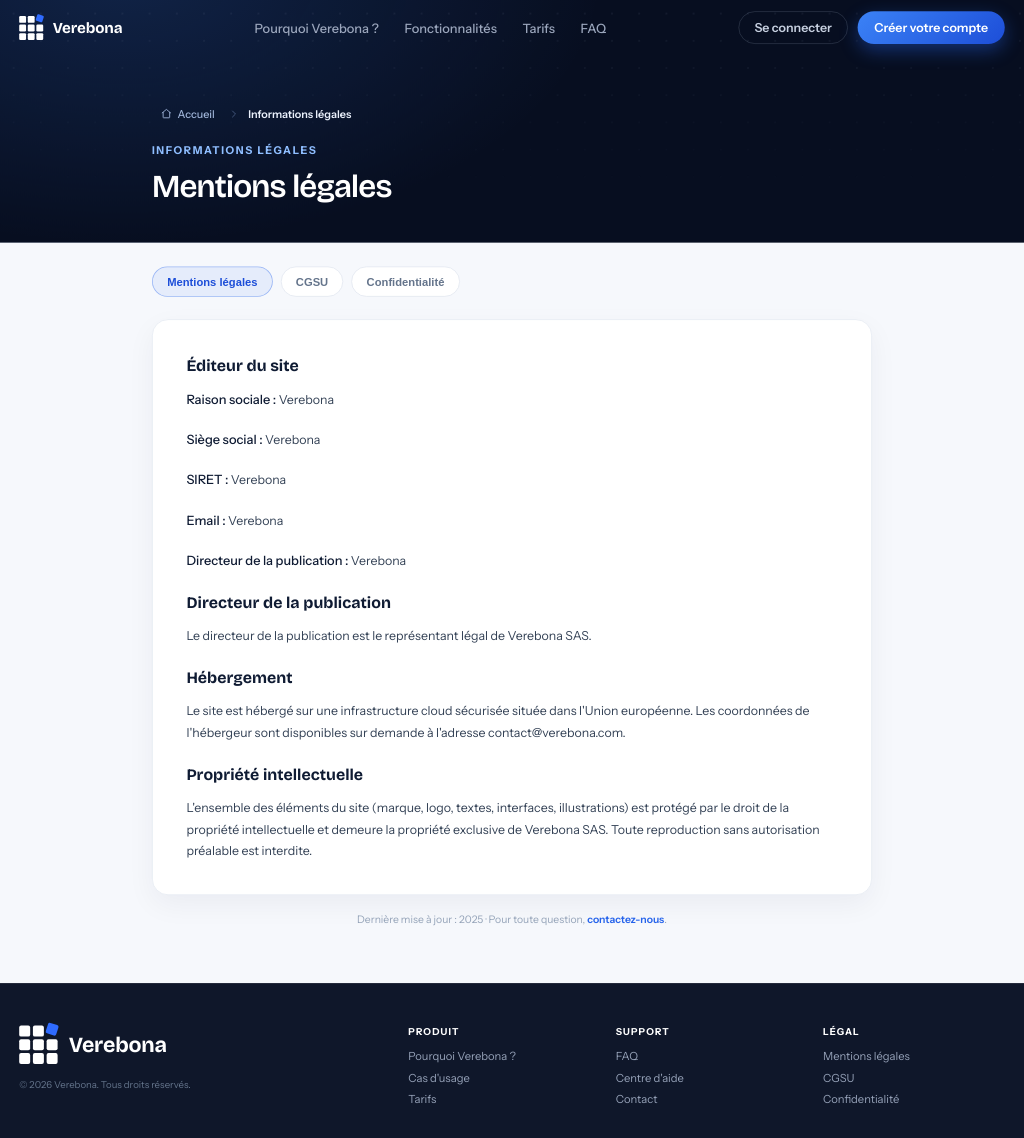
Repository: AdminVerebona/verebona-public
Page: /mentions-legales
These files come from the project's save history. The page is drawn as it stood at one moment and after the next save; the edit follows.
The browser window is 1280 px wide. The pictures show the whole page, at 80% of full size.
The project was rebuilt for these pictures with package versions that can differ from the ones it lists, and the page was loaded fresh each time. Also part of the build but not shown: next.config.mjs, vite.config.js, vite.config.ts, src/composables/useLanding.ts, src/sections/HeroSection.vue, src/sections/WhySection.vue, src/sections/UseCasesSection.vue, src/sections/FeaturesSection.vue and 6 more.

Above is the page before, as saved 2026-07-10 15:08:32.

### index.html
<!doctype html>
<html lang="fr">
  <head>
    <meta charset="UTF-8" />
    <meta name="viewport" content="width=device-width, initial-scale=1.0" />
    <title>Verebona — Centralisez, organisez, valorisez vos biens</title>
    <meta
      name="description"
      content="Verebona centralise vos biens, documents et échéances pour les retrouver facilement, anticiper les dates importantes et valoriser vos biens le moment venu."
    />
  </head>
  <body>
    <div id="app"></div>
    <script type="module" src="/src/main.ts"></script>
  </body>
</html>

### src/main.ts
import { createApp } from 'vue'
import App from './App.vue'
import router from './router'
import { vHover } from './directives/hover'
import './style.css'

createApp(App)
  .use(router)
  .directive('hover', vHover)
  .mount('#app')

### src/App.vue
<template>
  <div style="background:#070E20;color:#EAF0FB;overflow-x:hidden;min-height:100vh">
    <AppHeader />
    <router-view />
    <AppFooter />
  </div>
</template>

<script setup lang="ts">
import { onMounted, watch, nextTick } from 'vue'
import { useRoute } from 'vue-router'
import AppHeader from './components/AppHeader.vue'
import AppFooter from './components/AppFooter.vue'
import { useScrollReveal } from './composables/useScrollReveal'

const route = useRoute()
const { scan } = useScrollReveal()

onMounted(() => { scan() })

// Re-scan reveal targets whenever the route (page) changes.
watch(
  () => route.fullPath,
  () => { nextTick(() => setTimeout(scan, 60)) },
)
</script>

### src/router/index.ts
import { createRouter, createWebHistory } from 'vue-router'
import HomeView from '../views/HomeView.vue'

const routes = [
  { path: '/', name: 'home', component: HomeView },
  { path: '/aide', name: 'help', component: () => import('../views/HelpView.vue') },
  { path: '/contact', name: 'contact', component: () => import('../views/ContactView.vue') },
  { path: '/mentions-legales', name: 'legal-mentions', component: () => import('../views/LegalView.vue') },
  { path: '/cgu', name: 'legal-cgu', component: () => import('../views/LegalView.vue') },
  { path: '/confidentialite', name: 'legal-confid', component: () => import('../views/LegalView.vue') },
  { path: '/:pathMatch(.*)*', name: 'not-found', component: () => import('../views/NotFoundView.vue') },
]

const router = createRouter({
  history: createWebHistory(),
  routes,
  scrollBehavior(to) {
    if (to.hash) return { el: to.hash, behavior: 'smooth' }
    return { top: 0 }
  },
})

export default router

### src/directives/hover.ts
import type { Directive } from 'vue'

/**
 * v-hover — applies a set of inline styles while the pointer is over the
 * element, and restores the previous values on leave. Reproduces the
 * `style-hover` behaviour of the design prototype.
 *
 * Usage:  <a v-hover="{ color: '#fff', transform: 'translateY(-1px)' }">
 */
type HoverStyles = Record<string, string>

interface HoverEl extends HTMLElement {
  __hoverEnter?: () => void
  __hoverLeave?: () => void
}

export const vHover: Directive<HoverEl, HoverStyles> = {
  mounted(el, binding) {
    const styles = binding.value || {}
    const original: HoverStyles = {}

    const enter = () => {
      for (const key in styles) {
        original[key] = (el.style as any)[key]
        ;(el.style as any)[key] = styles[key]
      }
    }
    const leave = () => {
      for (const key in styles) {
        ;(el.style as any)[key] = original[key] || ''
      }
    }

    el.__hoverEnter = enter
    el.__hoverLeave = leave
    el.addEventListener('mouseenter', enter)
    el.addEventListener('mouseleave', leave)
  },
  unmounted(el) {
    if (el.__hoverEnter) el.removeEventListener('mouseenter', el.__hoverEnter)
    if (el.__hoverLeave) el.removeEventListener('mouseleave', el.__hoverLeave)
  },
}

### src/style.css
/* ============================================================
   Verebona — global styles
   Fonts, resets, scroll-reveal animation, responsive rules.
   All component-level styling is inline in the .vue templates
   (ported 1:1 from the validated design prototype).
   ============================================================ */

@import url('https://fonts.googleapis.com/css2?family=Bricolage+Grotesque:opsz,wght@12..96,400;12..96,500;12..96,600;12..96,700&family=Instrument+Sans:wght@400;500;600;700&family=Space+Mono:wght@400;700&display=swap');

* { box-sizing: border-box; }
html, body { margin: 0; padding: 0; }
body {
  font-family: 'Instrument Sans', system-ui, sans-serif;
  -webkit-font-smoothing: antialiased;
  background: #070E20;
}
h1, h2, h3, h4 { font-family: 'Bricolage Grotesque', sans-serif; margin: 0; }
p { margin: 0; }
a { text-decoration: none; color: inherit; }
a:hover { color: inherit; }

@keyframes vb-float { 0%, 100% { transform: translateY(0); } 50% { transform: translateY(-14px); } }
@keyframes vb-float-s { 0%, 100% { transform: translateY(0); } 50% { transform: translateY(-9px); } }
@keyframes vb-marquee { 0% { transform: translateX(0); } 100% { transform: translateX(-50%); } }

section[id] { scroll-margin-top: 82px; }

/* Scroll reveal */
.vb-reveal,
.vb-rgroup > * {
  transition: opacity .8s cubic-bezier(.16, 1, .3, 1), transform .8s cubic-bezier(.16, 1, .3, 1);
  will-change: opacity, transform;
}
.vb-anim .vb-reveal,
.vb-anim .vb-rgroup > * { opacity: 0; transform: translateY(40px) scale(.985); }
.vb-reveal.vb-in,
.vb-rgroup > .vb-in { opacity: 1 !important; transform: none !important; }
@media (prefers-reduced-motion: reduce) {
  .vb-reveal,
  .vb-rgroup > * { opacity: 1 !important; transform: none !important; transition: none !important; }
}

/* Responsive */
.r-burger, .r-mobile-menu { display: none; }
@media (max-width: 860px) {
  h1 { font-size: 37px !important; line-height: 1.08 !important; }
  h2 { font-size: 26px !important; line-height: 1.22 !important; }
  .r-nav, .r-hide-m, .r-dots, .r-browser { display: none !important; }
  .r-burger { display: inline-flex !important; }
  .r-mobile-menu { display: flex !important; }
  .r-hero, .r-2, .r-2b, .r-3, .r-4, .r-cta { grid-template-columns: 1fr !important; }
  .r-contact { grid-template-columns: 1fr !important; }
  .r-footer { grid-template-columns: 1fr 1fr !important; gap: 24px !important; }
  .r-mock { flex-direction: column !important; align-items: center !important; gap: 0 !important; }
  .r-uc { flex-direction: column !important; }
  .r-uc-panel { min-width: 0 !important; padding: 22px 20px !important; }
  .r-2 { grid-template-columns: 1fr !important; }
  .r-tri { grid-template-columns: 1fr !important; }
}

### src/composables/useScrollReveal.ts
/**
 * Scroll-reveal: adds `.vb-in` to `.vb-reveal` / `.vb-rgroup` elements as they
 * enter the viewport (staggering the children of a group). Ported from the
 * prototype's IntersectionObserver logic. Honours prefers-reduced-motion and
 * has a safety timeout so content is never left hidden.
 */
let io: IntersectionObserver | null = null

const reduce =
  typeof window !== 'undefined' &&
  !!window.matchMedia &&
  window.matchMedia('(prefers-reduced-motion: reduce)').matches

if (!reduce && typeof document !== 'undefined') {
  document.documentElement.classList.add('vb-anim')
}

function revealAll() {
  document.querySelectorAll('.vb-reveal').forEach((e) => e.classList.add('vb-in'))
  document.querySelectorAll('.vb-rgroup > *').forEach((e) => e.classList.add('vb-in'))
}

function ensureObserver() {
  if (io || reduce || typeof window === 'undefined' || !('IntersectionObserver' in window)) return
  io = new IntersectionObserver(
    (entries) => {
      entries.forEach((entry) => {
        if (!entry.isIntersecting) return
        const el = entry.target as HTMLElement
        io!.unobserve(el)
        if (el.classList.contains('vb-rgroup')) {
          Array.from(el.children).forEach((c, i) => {
            ;(c as HTMLElement).style.transitionDelay = i * 90 + 'ms'
            c.classList.add('vb-in')
          })
        } else {
          el.classList.add('vb-in')
        }
      })
    },
    { threshold: 0.12, rootMargin: '0px 0px -8% 0px' },
  )
}

export function useScrollReveal() {
  function scan() {
    if (reduce || typeof window === 'undefined' || !('IntersectionObserver' in window)) {
      revealAll()
      return
    }
    ensureObserver()
    document.querySelectorAll('.vb-reveal, .vb-rgroup').forEach((el) => io!.observe(el))
    // Safety net: never leave content hidden.
    window.setTimeout(revealAll, 2200)
  }
  return { scan }
}

### src/views/LegalView.vue
<template>
<section style="position:relative;padding:128px 24px 48px;overflow:hidden;background:radial-gradient(1000px 560px at 12% -10%,rgba(59,130,246,.18),transparent 60%),#070E20">
  <div style="position:absolute;inset:0;background-image:radial-gradient(rgba(148,163,184,.09) 1px,transparent 1px);background-size:34px 34px;-webkit-mask-image:linear-gradient(to bottom,#000,transparent 85%);mask-image:linear-gradient(to bottom,#000,transparent 85%);pointer-events:none"></div>
  <div style="max-width:900px;margin:0 auto;position:relative">
    <nav aria-label="Fil d'Ariane" style="margin-bottom:24px"><ol style="display:flex;align-items:center;gap:6px;list-style:none;margin:0;padding:0;font-size:13.5px"><li style="display:flex;align-items:center"><a href="#" @click.prevent="goHome" style="display:inline-flex;align-items:center;gap:7px;color:#9FB4D8;font-weight:500;padding:6px 11px;border-radius:9px;cursor:pointer;transition:color .15s,background .15s" v-hover="{color:'#fff',background:'rgba(255,255,255,.06)'}"><svg width="14" height="14" viewBox="0 0 24 24" fill="none" stroke="currentColor" stroke-width="1.9" stroke-linecap="round" stroke-linejoin="round"><path d="M3 10.5 12 3l9 7.5"/><path d="M5 9.5V20a1 1 0 0 0 1 1h12a1 1 0 0 0 1-1V9.5"/></svg>Accueil</a></li><li aria-hidden="true" style="display:flex;color:#42557A"><svg width="15" height="15" viewBox="0 0 24 24" fill="none" stroke="currentColor" stroke-width="2" stroke-linecap="round" stroke-linejoin="round"><path d="M9 6l6 6-6 6"/></svg></li><li aria-current="page" style="color:#EAF0FB;font-weight:600;padding:6px 4px">{{ crumbLabel }}</li></ol></nav>
    <div style="font-size:13.5px;letter-spacing:.15em;text-transform:uppercase;font-weight:800;color:#8FBEFF;margin-bottom:16px">Informations légales</div>
    <h1 style="font-size:40px;line-height:1.08;font-weight:600;letter-spacing:-.025em;color:#fff">{{ legalTitle }}</h1>
  </div>
</section>
<section style="background:#F6F8FC;padding:30px 24px 72px">
  <div style="max-width:900px;margin:0 auto">
    <div style="display:flex;flex-wrap:wrap;gap:10px;margin-bottom:28px">
      <button type="button" :style="legalMentionsStyle" @click.prevent="goMentions">Mentions légales</button>
      <button type="button" :style="legalCGUStyle" @click.prevent="goCGU">CGSU</button>
      <button type="button" :style="legalConfidStyle" @click.prevent="goConfid">Confidentialité</button>
    </div>
    <div style="background:#fff;border:1px solid #E6EBF3;border-radius:20px;padding:40px 42px;box-shadow:0 12px 34px rgba(15,27,51,.05)">
      <template v-if="isMentions">
        <div style="font-size:15.5px;line-height:1.75;color:#334155">
          <h2 style="font-size:20px;font-weight:700;color:#0F1B33;font-family:'Bricolage Grotesque',sans-serif;margin:0 0 10px">Éditeur du site</h2>
          <p style="margin:0 0 22px"><span style="font-size:16px;font-weight:500;color:#0F1B33">Raison sociale :</span> Verebona</p>
          <p style="margin:0 0 22px"><span style="font-size:16px;font-weight:500;color:#0F1B33">Siège social :</span> Verebona</p>
          <p style="margin:0 0 22px"><span style="font-size:16px;font-weight:500;color:#0F1B33">SIRET :</span> Verebona</p>
          <p style="margin:0 0 22px"><span style="font-size:16px;font-weight:500;color:#0F1B33">Email :</span> Verebona</p>
          <p style="margin:0 0 22px"><span style="font-size:16px;font-weight:500;color:#0F1B33">Directeur de la publication :</span> Verebona</p>
          <h2 style="font-size:20px;font-weight:700;color:#0F1B33;font-family:'Bricolage Grotesque',sans-serif;margin:0 0 10px">Directeur de la publication</h2>
          <p style="margin:0 0 22px">Le directeur de la publication est le représentant légal de Verebona SAS.</p>
          <h2 style="font-size:20px;font-weight:700;color:#0F1B33;font-family:'Bricolage Grotesque',sans-serif;margin:0 0 10px">Hébergement</h2>
          <p style="margin:0 0 22px">Le site est hébergé sur une infrastructure cloud sécurisée située dans l'Union européenne. Les coordonnées de l'hébergeur sont disponibles sur demande à l'adresse contact@verebona.com.</p>
          <h2 style="font-size:20px;font-weight:700;color:#0F1B33;font-family:'Bricolage Grotesque',sans-serif;margin:0 0 10px">Propriété intellectuelle</h2>
          <p style="margin:0">L'ensemble des éléments du site (marque, logo, textes, interfaces, illustrations) est protégé par le droit de la propriété intellectuelle et demeure la propriété exclusive de Verebona SAS. Toute reproduction sans autorisation préalable est interdite.</p>
        </div>
      </template>
      <template v-if="isCGU">
        <div style="font-size:15.5px;line-height:1.75;color:#334155">
          <h2 style="font-size:20px;font-weight:700;color:#0F1B33;font-family:'Bricolage Grotesque',sans-serif;margin:0 0 10px">1. Objet</h2>
          <p style="margin:0 0 22px">Les présentes conditions générales de service et d'utilisation (CGSU) définissent les modalités d'accès et d'utilisation de la plateforme Verebona, service de centralisation et d'organisation documentaire du patrimoine.</p>
          <h2 style="font-size:20px;font-weight:700;color:#0F1B33;font-family:'Bricolage Grotesque',sans-serif;margin:0 0 10px">2. Compte et abonnement</h2>
          <p style="margin:0 0 22px">L'accès au service nécessite la création d'un compte et la souscription d'une offre. L'utilisateur s'engage à fournir des informations exactes et à préserver la confidentialité de ses identifiants.</p>
          <h2 style="font-size:20px;font-weight:700;color:#0F1B33;font-family:'Bricolage Grotesque',sans-serif;margin:0 0 10px">3. Nature du service</h2>
          <p style="margin:0 0 22px">Verebona est une plateforme d'organisation. Les documents importés ne sont ni certifiés, ni validés, ni garantis juridiquement. L'utilisateur reste seul responsable de l'exactitude des informations qu'il enregistre.</p>
          <h2 style="font-size:20px;font-weight:700;color:#0F1B33;font-family:'Bricolage Grotesque',sans-serif;margin:0 0 10px">4. Responsabilités</h2>
          <p style="margin:0 0 22px">Verebona met en œuvre les moyens raisonnables pour assurer la disponibilité et la sécurité du service, sans obligation de résultat concernant une disponibilité ininterrompue.</p>
          <h2 style="font-size:20px;font-weight:700;color:#0F1B33;font-family:'Bricolage Grotesque',sans-serif;margin:0 0 10px">5. Résiliation</h2>
          <p style="margin:0">L'utilisateur peut résilier son abonnement à tout moment. Des modalités de récupération des données sont prévues afin d'éviter tout verrouillage à la fin du contrat.</p>
        </div>
      </template>
      <template v-if="isConfid">
        <div style="font-size:15.5px;line-height:1.75;color:#334155">
          <h2 style="font-size:20px;font-weight:700;color:#0F1B33;font-family:'Bricolage Grotesque',sans-serif;margin:0 0 10px">Données collectées</h2>
          <p style="margin:0 0 22px">Verebona collecte les données nécessaires au fonctionnement du service : informations de compte, contenus importés (fiches de biens, documents) et données d'usage strictement utiles à l'amélioration du service.</p>
          <h2 style="font-size:20px;font-weight:700;color:#0F1B33;font-family:'Bricolage Grotesque',sans-serif;margin:0 0 10px">Finalités</h2>
          <p style="margin:0 0 22px">Les données sont traitées pour fournir le service, assurer la sécurité, et répondre aux obligations légales. Elles ne sont jamais cédées à des tiers à des fins commerciales.</p>
          <h2 style="font-size:20px;font-weight:700;color:#0F1B33;font-family:'Bricolage Grotesque',sans-serif;margin:0 0 10px">Sécurité</h2>
          <p style="margin:0 0 22px">Vos données sont chiffrées lors du stockage et des échanges, et hébergées sur une infrastructure sécurisée au sein de l'Union européenne.</p>
          <h2 style="font-size:20px;font-weight:700;color:#0F1B33;font-family:'Bricolage Grotesque',sans-serif;margin:0 0 10px">Vos droits</h2>
          <p style="margin:0">Conformément au RGPD, vous disposez d'un droit d'accès, de rectification, de portabilité et de suppression de vos données. Pour exercer ces droits, écrivez à contact@verebona.com.</p>
        </div>
      </template>
    </div>
    <p style="font-size:13px;color:#94A3B8;margin-top:22px;text-align:center">Dernière mise à jour : 2025 · Pour toute question, <a href="#" @click.prevent="goContact" style="color:#2563EB;font-weight:600">contactez-nous</a>.</p>
  </div>
</section>
</template>

<script setup lang="ts">
import { useLegal } from '../composables/useLegal'
import { useNav } from '../composables/useNav'
const { isMentions, isCGU, isConfid, legalTitle, legalMentionsStyle, legalCGUStyle, legalConfidStyle, crumbLabel } = useLegal()
const { goHome, goContact, goMentions, goCGU, goConfid } = useNav()
</script>

### src/composables/useNav.ts
import { ref, computed, nextTick } from 'vue'
import { useRouter, useRoute } from 'vue-router'

// Shared across header + footer + mobile menu.
const menuOpen = ref(false)

/**
 * useNav — header/footer navigation. Page links use vue-router; the four
 * in-page section links (Pourquoi / Fonctionnalités / Tarifs / FAQ) route to
 * home first if needed, then smooth-scroll to the anchor.
 */
export function useNav() {
  const router = useRouter()
  const route = useRoute()

  const toggleMenu = () => { menuOpen.value = !menuOpen.value }
  const closeMenu = () => { menuOpen.value = false }

  function scrollToId(id: string) {
    const el = document.getElementById(id)
    if (el && el.scrollIntoView) {
      try { el.scrollIntoView({ behavior: 'smooth', block: 'start' }) } catch { /* noop */ }
    }
  }
  function goToAnchor(id: string) {
    closeMenu()
    if (route.path !== '/') {
      router.push('/').then(() => nextTick(() => setTimeout(() => scrollToId(id), 80)))
    } else {
      scrollToId(id)
    }
  }

  const goHome = () => { closeMenu(); router.push('/') }
  const goAide = () => { closeMenu(); router.push('/aide') }
  const goContact = () => { closeMenu(); router.push('/contact') }
  const goMentions = () => { closeMenu(); router.push('/mentions-legales') }
  const goCGU = () => { closeMenu(); router.push('/cgu') }
  const goConfid = () => { closeMenu(); router.push('/confidentialite') }

  const navPourquoi = () => goToAnchor('pourquoi')
  const navFeatures = () => goToAnchor('features')
  const navPricing = () => goToAnchor('pricing')
  const navFaq = () => goToAnchor('faq')
  const navCasUsage = () => goToAnchor('cas-usage')

  const burgerBase = 'display:block;width:20px;height:2px;border-radius:2px;background:#fff;transition:transform .25s,opacity .25s;'
  const burgerTop = computed(() => burgerBase + 'transform:' + (menuOpen.value ? 'translateY(6px) rotate(45deg)' : 'none'))
  const burgerMid = computed(() => burgerBase + 'opacity:' + (menuOpen.value ? '0' : '1'))
  const burgerBot = computed(() => burgerBase + 'transform:' + (menuOpen.value ? 'translateY(-6px) rotate(-45deg)' : 'none'))

  return {
    menuOpen, toggleMenu, closeMenu,
    goHome, goAide, goContact, goMentions, goCGU, goConfid,
    navPourquoi, navFeatures, navPricing, navFaq, navCasUsage,
    burgerTop, burgerMid, burgerBot,
  }
}

### src/composables/useLegal.ts
import { computed } from 'vue'
import { useRoute } from 'vue-router'

/**
 * Legal page — a single view with three tabs (mentions / cgu / confid),
 * each mapped to its own route so they are independently linkable & indexable:
 *   /mentions-legales   /cgu   /confidentialite
 */
export function useLegal() {
  const route = useRoute()

  const tab = computed<'mentions' | 'cgu' | 'confid'>(() => {
    if (route.path.includes('cgu')) return 'cgu'
    if (route.path.includes('confidentialite')) return 'confid'
    return 'mentions'
  })

  const isMentions = computed(() => tab.value === 'mentions')
  const isCGU = computed(() => tab.value === 'cgu')
  const isConfid = computed(() => tab.value === 'confid')

  const legalTitle = computed(() =>
    tab.value === 'cgu'
      ? "Conditions générales de service et d'utilisation"
      : tab.value === 'confid'
        ? 'Politique de confidentialité'
        : 'Mentions légales',
  )

  const tabStyle = (a: boolean) =>
    `padding:10px 18px;border-radius:999px;font-size:14px;font-weight:600;cursor:pointer;border:1px solid ${a ? 'rgba(37,99,235,.4)' : '#E2E8F0'};background:${a ? 'rgba(37,99,235,.08)' : '#fff'};color:${a ? '#1D4ED8' : '#64748B'};transition:all .15s`

  const legalMentionsStyle = computed(() => tabStyle(isMentions.value))
  const legalCGUStyle = computed(() => tabStyle(isCGU.value))
  const legalConfidStyle = computed(() => tabStyle(isConfid.value))

  return {
    isMentions, isCGU, isConfid, legalTitle,
    legalMentionsStyle, legalCGUStyle, legalConfidStyle,
    crumbLabel: 'Informations légales',
  }
}

Loaded but not shown: src/components/AppHeader.vue (68 lines, source omitted); src/components/AppFooter.vue (21 lines, source omitted)

After the next save:
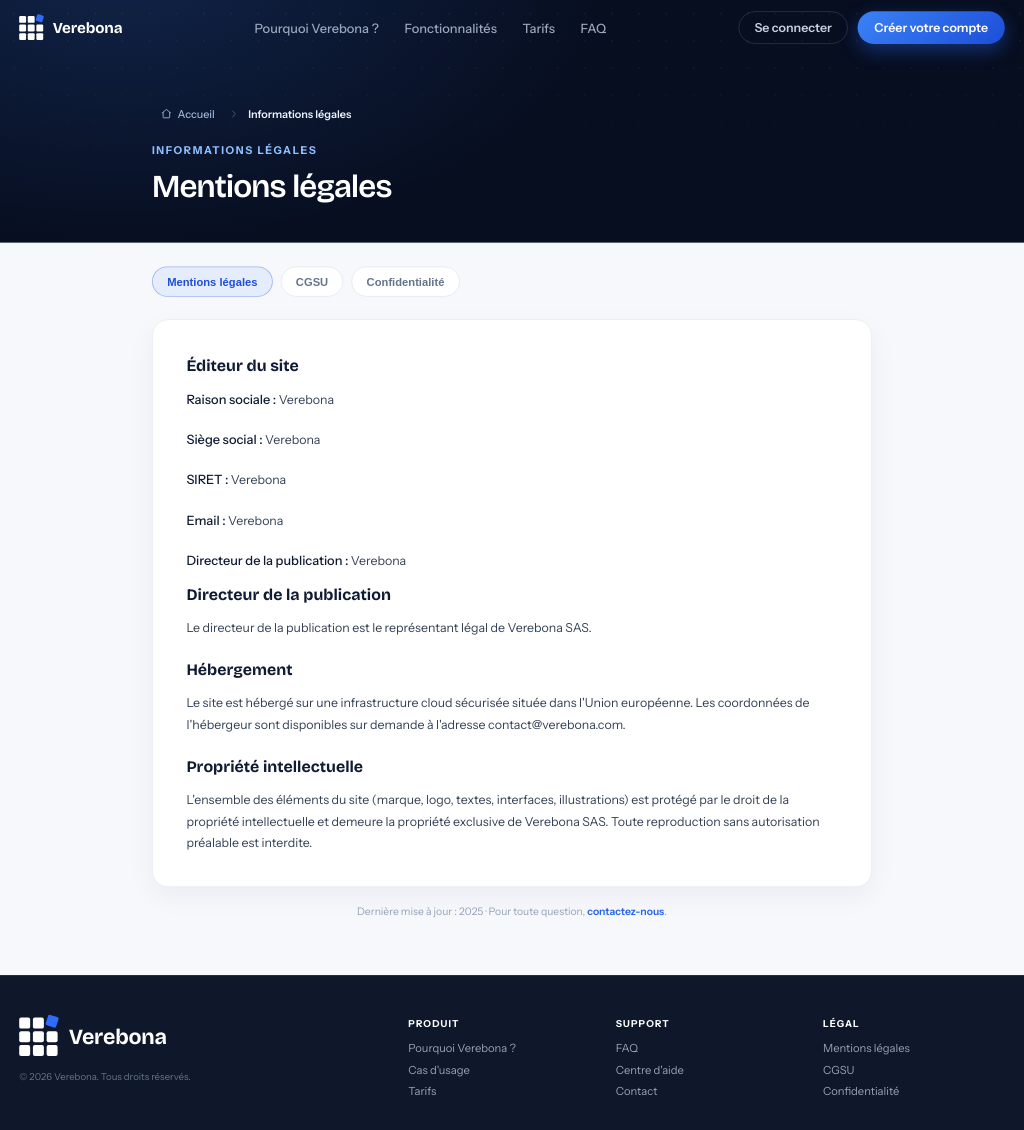
Saved 8 s later.
--- a/src/views/LegalView.vue
+++ b/src/views/LegalView.vue
@@ -22,7 +22,7 @@
           <p style="margin:0 0 22px"><span style="font-size:16px;font-weight:500;color:#0F1B33">Siège social :</span> Verebona</p>
           <p style="margin:0 0 22px"><span style="font-size:16px;font-weight:500;color:#0F1B33">SIRET :</span> Verebona</p>
           <p style="margin:0 0 22px"><span style="font-size:16px;font-weight:500;color:#0F1B33">Email :</span> Verebona</p>
-          <p style="margin:0 0 22px"><span style="font-size:16px;font-weight:500;color:#0F1B33">Directeur de la publication :</span> Verebona</p>
+          <p style="margin:0 0 12px"><span style="font-size:16px;font-weight:500;color:#0F1B33">Directeur de la publication :</span> Verebona</p>
           <h2 style="font-size:20px;font-weight:700;color:#0F1B33;font-family:'Bricolage Grotesque',sans-serif;margin:0 0 10px">Directeur de la publication</h2>
           <p style="margin:0 0 22px">Le directeur de la publication est le représentant légal de Verebona SAS.</p>
           <h2 style="font-size:20px;font-weight:700;color:#0F1B33;font-family:'Bricolage Grotesque',sans-serif;margin:0 0 10px">Hébergement</h2>
